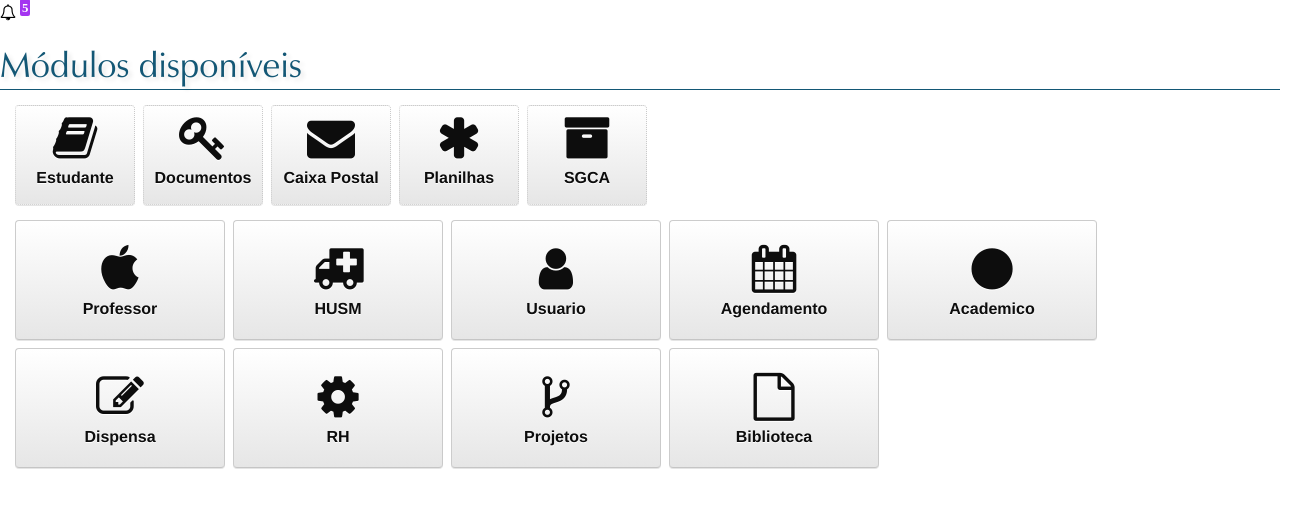
Repository: evertonagilar/study
Page: css/css-notificacao-dialog/index.html
An editor plug-in stored every save of this project. The page is shown before and after the next save, followed by the edit.
The browser window is 1280 px wide. The page is 1295 px wide, so the pictures cover 1295 px, including what lies to the right of the window. The pictures show the whole page.
After loading, the first visible `span.dashboard-notificacoes-button` was clicked once.

Above is the page before, as saved 2023-09-11 20:41:09.
Console error: TypeError: Cannot read properties of null (reading 'show')

### css/css-notificacao-dialog/index.html
<!DOCTYPE html>
<html lang="en">

<head>
    <meta charset="UTF-8">
    <meta name="viewport" content="width=device-width, initial-scale=1.0">
    <title>Aula CSS GRID</title>
    <link rel="stylesheet" href="css/cpd.css">
    <link rel="stylesheet" href="css/style.css">
</head>

<body>
    <span class="dashboard-notificacoes-button icon-bell">
        <sup>5</sup>
    </span>

    <dialog class="dashboard-notificacoes">
        <h2>Notificações</h2>
        <p>
            Lorem ipsum dolor sit amet consectetur adipisicing elit. Cumque, tempora adipisci repellendus placeat repudiandae odio eaque quos numquam, eveniet voluptatem architecto blanditiis consectetur maiores debitis, doloremque beatae explicabo vel officiis!
        </p>
    </dialog>

    <h2 class="h2 primary stroked-bottom text-shadowed margin-bottom">
        Módulos disponíveis
    </h2>


    <div class="dashboard-container-favorito">
        <div class="portal">
            <span class="portal-icon icon-book"></span>
            <h3 class="portal-label">Estudante</h3>
        </div>
        <div class="portal">
            <span class="portal-icon icon-key"></span>
            <h3 class="portal-label">Documentos</h3>
        </div>
        <div class="portal">
            <span class="portal-icon icon-envelope"></span>
            <h3 class="portal-label">Caixa Postal</h3>
        </div>
        <div class="portal">
            <span class="portal-icon icon-asterisk"></span>
            <h3 class="portal-label">Planilhas</h3>
        </div>
        <div class="portal">
            <span class="portal-icon icon-archive"></span>
            <h3 class="portal-label">SGCA</h3>
        </div>

    </div>

    <div class="dashboard-container">
        <div class="portal">
            <span class="portal-mini-button fa fa-chain"></span>
            <span class="portal-icon icon-apple"></span>
            <h3 class="portal-label">Professor</h3>
        </div>

        <div class="portal">
            <span class="portal-icon icon-ambulance"></span>
            <h3 class="portal-label">HUSM</h3>
        </div>

        <div class="portal">
            <span class="portal-icon icon-user"></span>
            <h3 class="portal-label">Usuario</h3>
        </div>

        <div class="portal">
            <span class="portal-icon icon-calendar"></span>
            <h3 class="portal-label">Agendamento</h3>
        </div>

        <div class="portal">
            <span class="portal-icon icon-circle"></span>
            <h3 class="portal-label">Academico</h3>
        </div>

        <div class="portal">
            <span class="portal-icon icon-edit"></span>
            <h3 class="portal-label">Dispensa</h3>
        </div>

        <div class="portal">
            <span class="portal-icon icon-cog"></span>
            <h3 class="portal-label">RH</h3>
        </div>

        <div class="portal">
            <span class="portal-icon icon-code-fork"></span>
            <h3 class="portal-label">Projetos</h3>
        </div>

        <div class="portal">
            <span class="portal-icon icon-file-alt"></span>
            <h3 class="portal-label">Biblioteca</h3>
        </div>

    </div>
</body>


<script>

    document.addEventListener("DOMContentLoaded", function () {

        /* Cards */
        const botao = document.querySelectorAll('.portal');
        botao.forEach(btn => {
            const miniButton = btn.querySelector('.portal-mini-button');

            btn.addEventListener('click', () => {
                alert('botao clicked');
            });

            btn.addEventListener('mouseenter', () => {
                if (miniButton){
                    miniButton.style.visibility = 'visible';
                }
            });

            btn.addEventListener('mouseleave', () => {
                if (miniButton){
                    miniButton.style.visibility = 'hidden';
                }
            });

        });

        /* Mini Button */
        const miniButtons = document.querySelectorAll('.portal-mini-button');
        miniButtons.forEach(btn => {
            const parentButton = btn.closest('.portal');

            btn.addEventListener("click", (event) => {
                event.stopPropagation();
                alert('mini-button clicked');
            });

            btn.addEventListener("mouseenter", (event) => {
                // alert('mouse enter');
                // parentButton.style.pointerEvents = 'none';

            });

            btn.addEventListener("mouseleave", (event) => {
                // alert('mouse leave');
                // parentButton.style.pointerEvents = 'auto';
            })

        });


        /* Notifications */
        document.querySelector('.dashboard-notificacoes-button').addEventListener("click", (event) => {
            const dialog = document.querySelector('dashboard-notificacoes');
            dialog.show();
        });


    });



</script>



</html>

### css/css-notificacao-dialog/css/style.css

.dashboard-container {
    width: 100%;
    height: 100%;
    display: flex;
    flex-direction: row;
    flex-wrap: wrap;
    gap: 8px;
    align-items: stretch; /* Centraliza verticalmente */
    justify-content: stretch;
    margin: 15px;
    @media screen and (max-width:34.999999em){
        width: 94%;
    }
}

.dashboard-container-favorito {
    width: 100%;
    height: 100%;
    display: flex;
    flex-direction: row;
    flex-wrap: nowrap;
    gap: 8px;
    align-items: stretch; /* Centraliza verticalmente */
    justify-content: stretch;
    margin: 15px;
}

.portal {
    position: relative;
    cursor: pointer;
    text-align: center;
    --border-radius:.25rem;
    --border-radius-top-left:.25rem;
    --border-radius-top-right:.25rem;
    --border-radius-bottom-right:.25rem;
    --border-radius-bottom-left:.25rem;
    --border-radius-top:.25rem;
    --border-radius-left:.25rem;
    --border-radius-right:.25rem;
    --border-radius-bottom:.25rem;
    border-radius:.25rem;
    border:.065rem solid #ccc;
    border-bottom:.065rem solid #c5c5c5;
    border-right:.065rem solid #cacaca;
    color:#0d0d0d;
    text-shadow:0 .065em 0 #fff;
    box-shadow:0 .065em 0 rgba(0,0,0,0.1),0 .065em .065em 0 rgba(255,255,255,0.3) inset;
    background-image:linear-gradient(to bottom, #fff, #e6e6e6);
    padding: 24px;
    width: 210px;
    height: 120px;
    @media screen and (max-width:34.999999em){
        width: 100%;
    }
}


.portal:hover {
    background:#e6e6e6;
    transition: all .35s ease-in-out;
    box-shadow: 0 .065rem 0 rgba(0,0,0,0.15);
}

.portal:active {
    background:none;
    box-shadow:0 .065em 0 rgba(0,0,0,0.1),.08em .125em .25em rgba(0,0,0,0.3) inset;
    background-color:#f3f3f3;
    transition:none
}

.portal:focus {
    box-shadow:0 0 .5em .25em rgba(205,205,205,0.85)
}

.portal-icon {
    font-size: 3em;
}

.portal-label {
    font-weight: bold;
    margin-top: 6px;
}

.dashboard-container-favorito .portal {
    padding: 8px;
    height: 100px;
    width: 120px;
    @media screen and (max-width:798px) {
        width: auto;
    }
    border-style: dotted;
}

.portal-mini-button {
    position: absolute;
    top: 0;
    right: 0;
    border: none;
    padding: 6px;
    z-index: 100;
    visibility: hidden;
}

.portal-mini-button:hover {
    background-color:#f3f3f3;
    border-radius:.25rem;
    border:.065rem solid #ccc;
    border-bottom:.065rem solid #c5c5c5;
    border-right:.065rem solid #cacaca;
    color:#0d0d0d;
    color: brown;
 }

 .portal-mini-button:active {
    background:none;
    box-shadow:0 .065em 0 rgba(0,0,0,0.1),.08em .125em .25em rgba(0,0,0,0.3) inset;
    background-color:#f3f3f3;
    transition:none
}

.portal-mini-button:focus {
    box-shadow:0 0 .5em .25em rgba(205,205,205,0.85)
}

/* Notificações */

.dashboard-notificacoes-button {
    cursor: pointer;

}

.dashboard-notificacoes-button sup {
    color: #fff;
    background-color: #a435f0;
    padding: 2px;
    font-weight: bold;
    border-radius: 2px;
    font-size: .8em !important;
}

Loaded but not shown: css/css-notificacao-dialog/css/cpd.css (library)

After the next save:
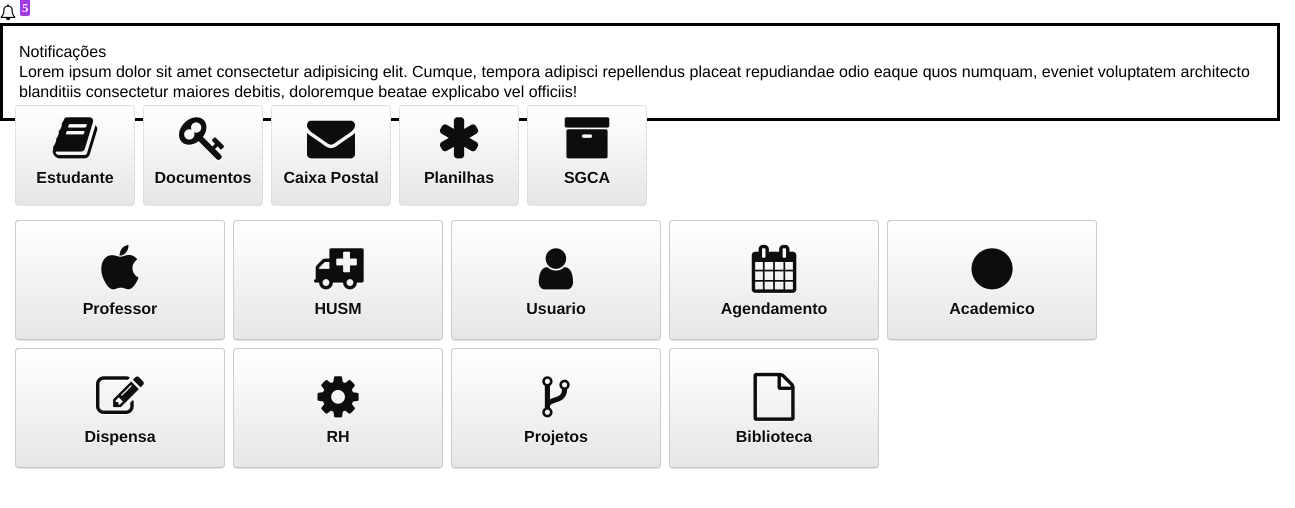
The error is gone.
Saved 37 s later.
--- a/css/css-notificacao-dialog/index.html
+++ b/css/css-notificacao-dialog/index.html
@@ -154,7 +154,7 @@
 
         /* Notifications */
         document.querySelector('.dashboard-notificacoes-button').addEventListener("click", (event) => {
-            const dialog = document.querySelector('dashboard-notificacoes');
+            const dialog = document.querySelector('.dashboard-notificacoes');
             dialog.show();
         });
 
